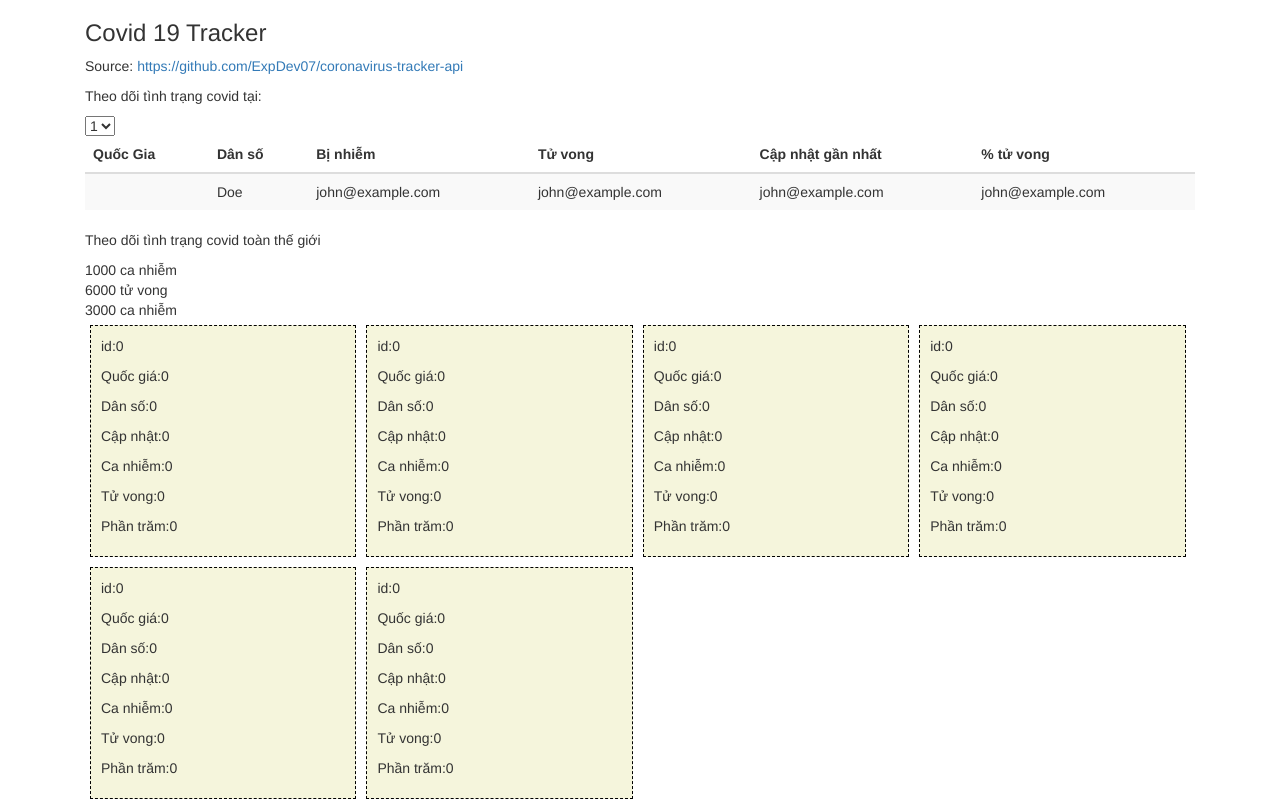
Repository: critdang/electro_store
Page: javascript_project/covid_tracker/index.html
The author's editor kept a copy of each file at every save. The page is drawn from the files as they stood at one save, then again after the next save.
The browser window is 1280 px wide. The pictures show the whole page.
The page's requests for data from a server got no answer.

Above is the page before, as saved 2021-09-23 00:23:36.
Console error (its wording comes from the project's code and is left out).

After the next save:
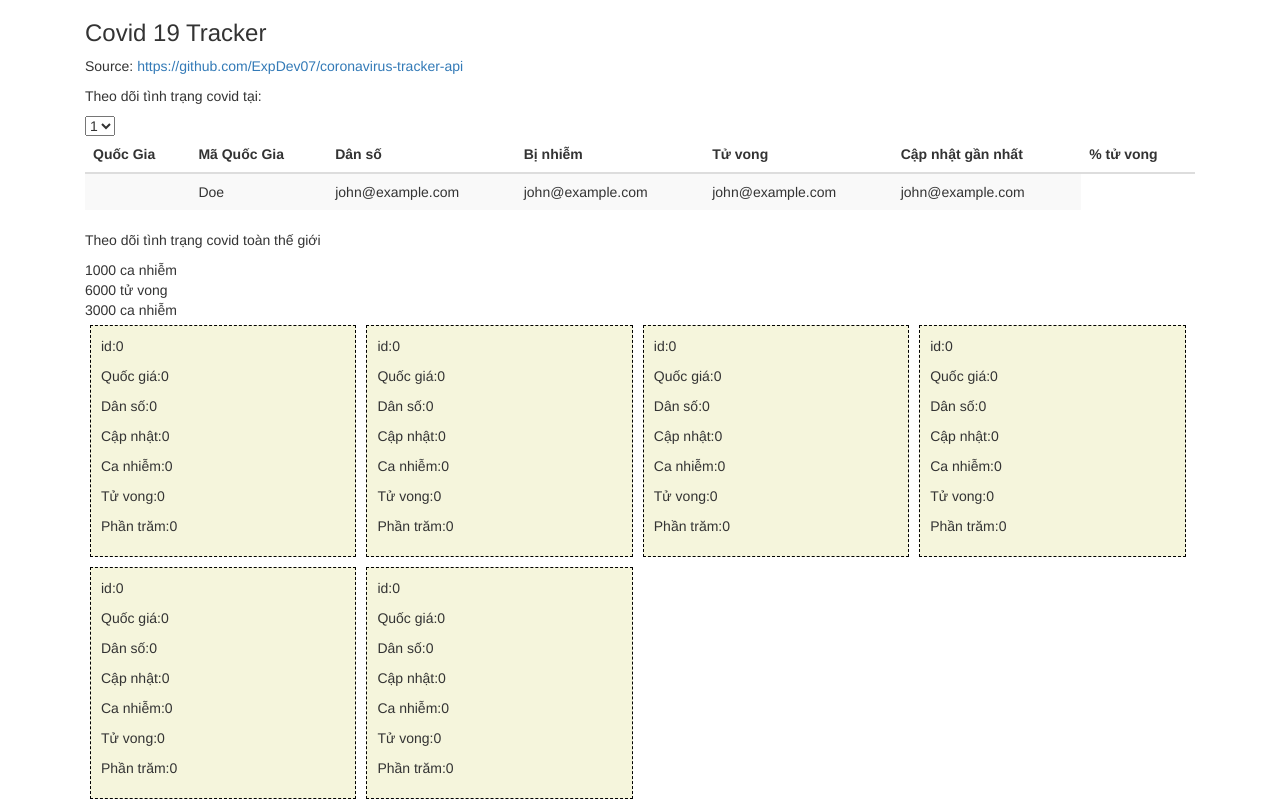
Saved 12 h 38 min later.
--- a/javascript_project/covid_tracker/index.html
+++ b/javascript_project/covid_tracker/index.html
@@ -41,6 +41,7 @@
                 <thead>
                   <tr>
                     <th>Quốc Gia</th>
+                    <th>Mã Quốc Gia</th>
                     <th>Dân số</th>
                     <th>Bị nhiễm</th>
                     <th>Tử vong</th>
